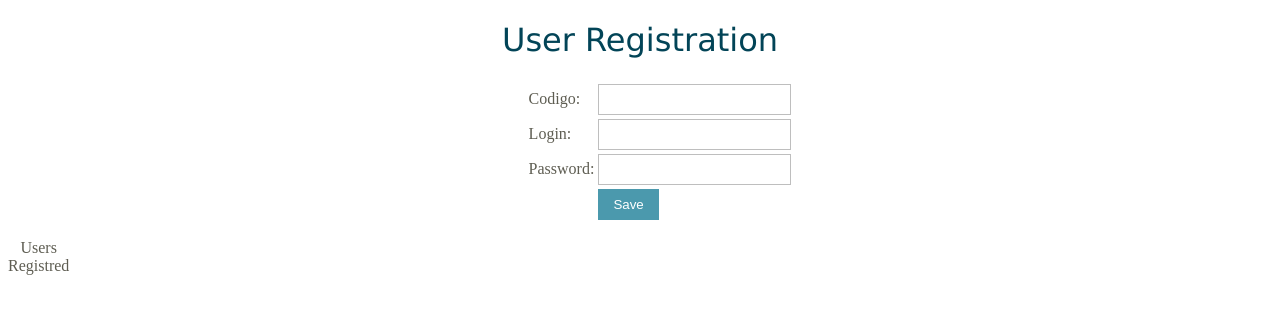
Repository: ViniciusBeletella/project-jsp
Page: http://localhost/project-jsp/userRegistration.jsp
These files come from the project's save history. The page is drawn as it stood at one moment and after the next save; the edit follows.
The browser window is 1280 px wide. The pictures show the whole page.
The page is served by Tomcat 9.

Above is the page before, as saved 2019-12-20 22:21:21.

After the next save:
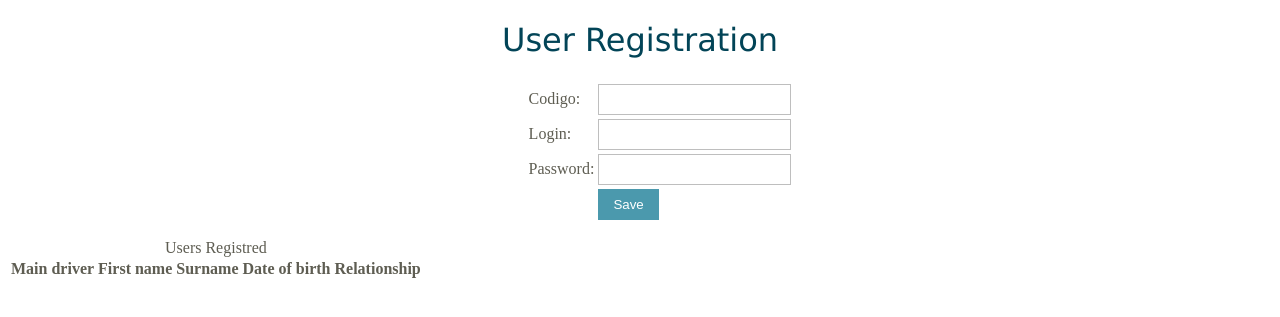
Saved 2 min 1 s later.
--- a/project-jsp/WebContent/userRegistration.jsp
+++ b/project-jsp/WebContent/userRegistration.jsp
@@ -50,6 +50,13 @@
 
 		<table class="responstable">
 			<caption>Users Registred</caption>
+			<tr>
+				<th>Main driver</th>
+				<th data-th="Driver details"><span>First name</span></th>
+				<th>Surname</th>
+				<th>Date of birth</th>
+				<th>Relationship</th>
+			</tr>
 			<c:forEach items="${users}" var="userL">
 				<tr>
 					<td style="width: 150px"><c:out value="${userL.id}"></c:out></td>
